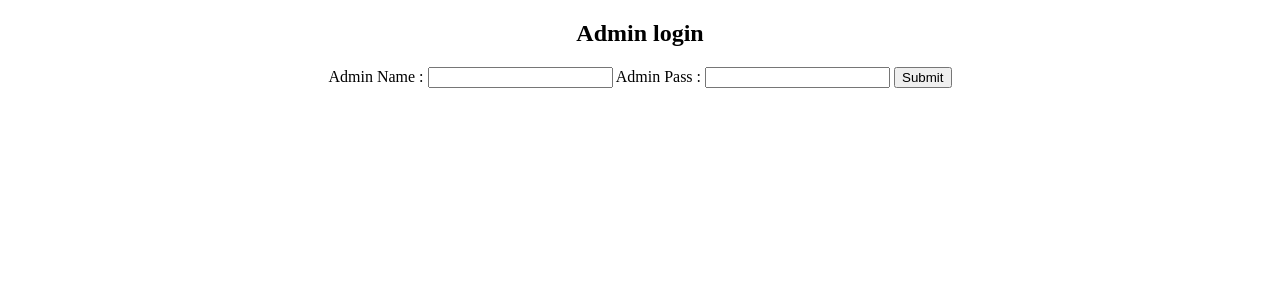
Repository: touhid-jisan/jsp-jdbc-servlet
Page: http://localhost/crud-full-practice/login.jsp
An editor plug-in stored every save of this project. The page is shown before and after the next save, followed by the edit.
The browser window is 1280 px wide. The pictures show the whole page.
The page is served by Tomcat 9.

Above is the page before, as saved 2019-12-31 04:20:30.

After the next save:
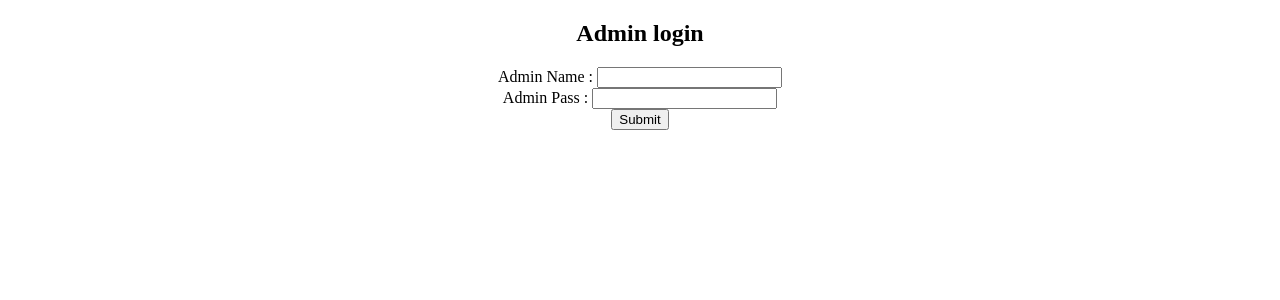
Saved 13 s later.
--- a/crud-full-practice/WebContent/login.jsp
+++ b/crud-full-practice/WebContent/login.jsp
@@ -11,8 +11,8 @@
 <h2>Admin login</h2>
 <form action="HomeServlet?action=login" method="post">
 
-	Admin Name :  <input type="text" name="admin_name">
-	Admin Pass : <input type="password" name="admin_pass">
+	Admin Name :  <input type="text" name="admin_name"> <br>
+	Admin Pass : <input type="password" name="admin_pass"><br>
 	<input type="submit" value="Submit">
 </form>
 
